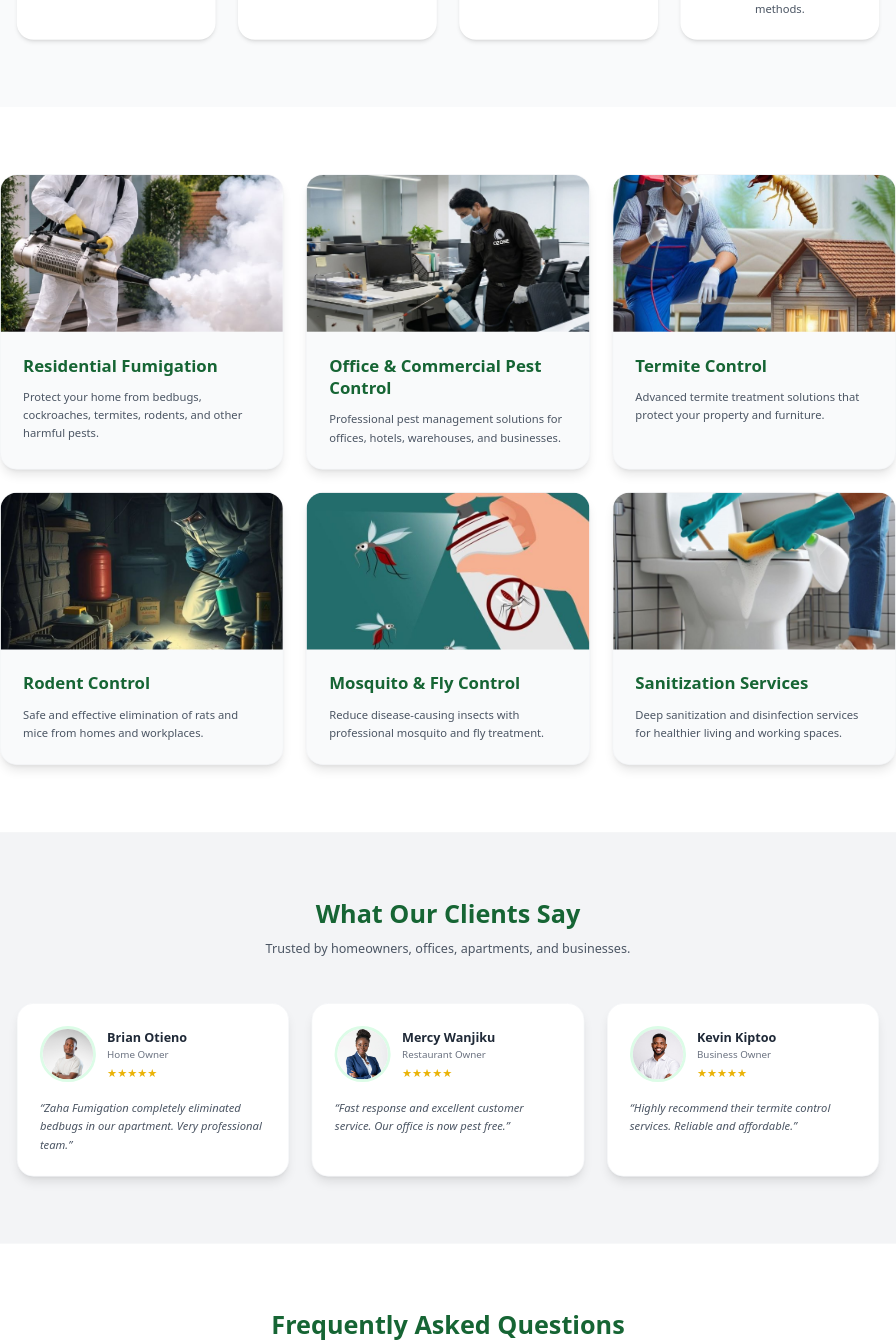
Repository: Engineer-collo/Zaha-fumigation
Page: /
The author's editor kept a copy of each file at every save. The page is drawn from the files as they stood at one save, then again after the next save.
The browser window is 1280 px wide. The pictures show the part of the page from y = 1757 to 3677 px (the page is 5446 px tall before and 5638 px after), at 70% of full size.
The project was rebuilt for these pictures with package versions that can differ from the ones it lists, and the page was loaded fresh each time. Also part of the build but not shown: vite.config.js.

Above is the page before, as saved 2026-05-14 08:28:34.

After the next save:
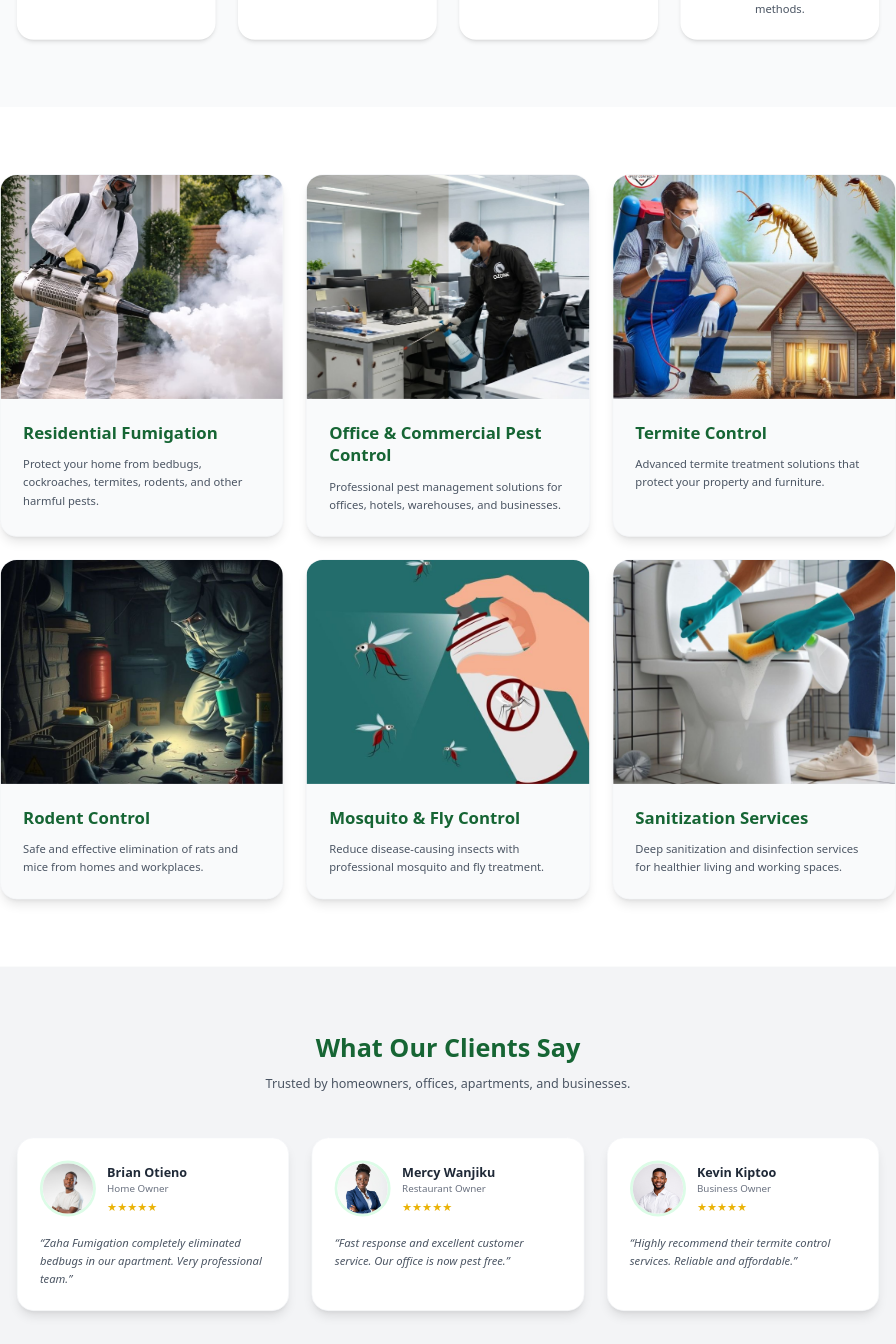
Saved 18 min 39 s later.
--- a/src/App.jsx
+++ b/src/App.jsx
@@ -355,8 +355,7 @@ export default function ZahaFumigationWebsite() {
       <img
         src={service.image}
         alt={service.title}
-        className="w-full h-56 object-cover"
-      />
+        className="w-full h-80 object-cover"      />
 
       <div className="p-8">
         <h3 className="text-2xl font-bold mb-4 text-green-800">
